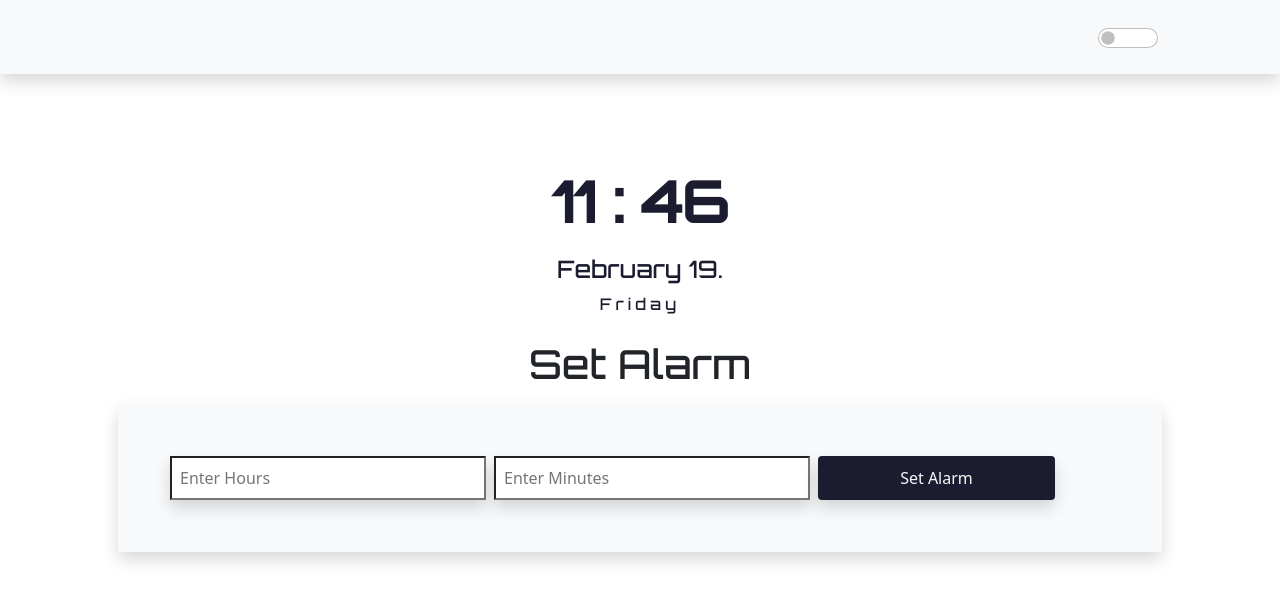
Repository: just-mann/Timer-with-Alarm
Page: index.html
An editor plug-in stored every save of this project. The page is shown before and after the next save, followed by the edit.
The browser window is 1280 px wide. The pictures show the whole page.

Above is the page before, as saved 2021-02-19 15:43:56.

### index.html
<!doctype html>
<html lang="en">
  <head>
    <link rel="shortcut icon" href="#">
    <title>Alarm-with-Timer</title>
    <!-- Required meta tags -->
    <meta charset="utf-8">
    <meta name="viewport" content="width=device-width, initial-scale=1, shrink-to-fit=no">
    <!-- Bootstrap CSS -->
    <link rel="stylesheet" href="https://stackpath.bootstrapcdn.com/bootstrap/4.3.1/css/bootstrap.min.css" integrity="sha384-ggOyR0iXCbMQv3Xipma34MD+dH/1fQ784/j6cY/iJTQUOhcWr7x9JvoRxT2MZw1T" crossorigin="anonymous">
    <link rel="stylesheet" href="./styleSheets/style.css">
    <link href="https://cdn.jsdelivr.net/npm/bootstrap@5.0.0-beta1/dist/css/bootstrap.min.css" rel="stylesheet" integrity="sha384-giJF6kkoqNQ00vy+HMDP7azOuL0xtbfIcaT9wjKHr8RbDVddVHyTfAAsrekwKmP1" crossorigin="anonymous">
    <script src="https://cdn.jsdelivr.net/npm/bootstrap@5.0.0-beta1/dist/js/bootstrap.bundle.min.js" integrity="sha384-ygbV9kiqUc6oa4msXn9868pTtWMgiQaeYH7/t7LECLbyPA2x65Kgf80OJFdroafW" crossorigin="anonymous"></script>
  </head>
  <body>
      <nav class="container-fluid bg-light shadow mb-3">
        <div class="container p-4">
          <div class="float-left d-flex align-items-center my-auto" id="setAlarmContainer">
            <h4 class="text-uppercase display-4 " id="alarmDisplay">
              <!-- Alarm Displays Here - -->
            </h4>
          </div>
          <div class="form-check form-switch float-right px-5 d-flex justify-content-between">
            <input type="checkbox" class="form-check-input" id="myBackgroundColorCheck" onclick="switchFunction()" />
          </div>
          <div class="clearfix"></div>
        </div>
      </nav>
      <div class="container text-center p-1 px-5 mt-4" id="timeContainer">
        <div id="TimeDisplay" class="container p-3 mx-auto display-4 text-shadow">
          <!-- Time Displays Here -->
        </div>
      </div>
      <!-- Alarm Sound -->
      <audio id="alarmSound">
         <source src="https://www.videomaker.com/sites/videomaker.com/files/downloads/free-sound-effects/Free_TelephoneBell_1025_44_3.wav" autoplay="false" />
      </audio>
      <!-- <button onclick="alarmRing()">Play Sound</button> -->
      <!-- Alarm Sound -->
      <div class="mx-auto text-center primaryColor" id="displayDate">
          <h4 id="displayCurrentDate">
            <!-- Date Shows Here -->
          </h3>
          <p id="todaysDay" class="primaryColor"></p>
        </div>
      <div class="container p-5 pt-2" id="alarmClockContainer">
        <div class="mx-auto text-center d-none primaryColor" id="bellIcon">
          <i class="fas fa-bell fa-5x" id="bellIcon"></i>
        </div>
        <div class="text-center font-weight-bold mb-3" id="setAlarmText">
          <h1 id="setAlarmH1Text" class="mb-3">
            Set Alarm
          </h1>
        </div>
        <div class="row p-5 bg-light mx-auto text-center shadow" id="alarmFormContainer">
          <input type="number" name="hour" id="alarmHour" class="col-lg-4 m-1 p-2 shadow" max="23" min="00" placeholder="Enter Hours" maxlength="2" oninput="javascript: if (this.value.length > this.maxLength) this.value = this.value.slice(0, this.maxLength);" onchange="if(parseInt(this.value,10)<10)this.value='0'+this.value;" />
          <input type="number" name="minutes" id="alarmMinutes" class="col-lg-4 m-1 p-2 shadow" max="59" min="00" placeholder="Enter Minutes" maxlength="2" oninput="javascript: if (this.value.length > this.maxLength) this.value = this.value.slice(0, this.maxLength);" onchange="if(parseInt(this.value,10)<10)this.value='0'+this.value;" />
          <button class="btn col-lg-3 p-2 m-1 shadow" onclick="validateForm()" id="setAlarmBtn" title="or press Enter">
            Set Alarm
          </button>
        </div>
      </div>
    <!-- Optional JavaScript -->
    <!-- jQuery first, then Popper.js, then Bootstrap JS -->
    <script src="https://code.jquery.com/jquery-3.3.1.slim.min.js" integrity="sha384-q8i/X+965DzO0rT7abK41JStQIAqVgRVzpbzo5smXKp4YfRvH+8abtTE1Pi6jizo" crossorigin="anonymous"></script>
    <script src="https://cdnjs.cloudflare.com/ajax/libs/popper.js/1.14.7/umd/popper.min.js" integrity="sha384-UO2eT0CpHqdSJQ6hJty5KVphtPhzWj9WO1clHTMGa3JDZwrnQq4sF86dIHNDz0W1" crossorigin="anonymous"></script>
    <link rel="stylesheet" href="https://cdnjs.cloudflare.com/ajax/libs/font-awesome/5.15.2/css/all.min.css" integrity="sha512-HK5fgLBL+xu6dm/Ii3z4xhlSUyZgTT9tuc/hSrtw6uzJOvgRr2a9jyxxT1ely+B+xFAmJKVSTbpM/CuL7qxO8w==" crossorigin="anonymous" />
    <script src="https://stackpath.bootstrapcdn.com/bootstrap/4.3.1/js/bootstrap.min.js" integrity="sha384-JjSmVgyd0p3pXB1rRibZUAYoIIy6OrQ6VrjIEaFf/nJGzIxFDsf4x0xIM+B07jRM" crossorigin="anonymous"></script>
    <script src="./javascript/script.js"></script>
  </body>
</html>

### styleSheets/style.css
/* Imported Google Fonts from fonts.google.com */
@import url('https://fonts.googleapis.com/css2?family=Orbitron:wght@500&display=swap');

:root {
    --clockFont: 'Orbitron', sans-serif;
    --primaryColor: #1c1c31;
}

#myBackgroundColorCheck {
    width: 60px;
    height: 20px;
}

#myBackgroundColorCheck:hover {
    cursor: pointer;
}

.primaryColor {
    color: var(--primaryColor);
    font-family: var(--clockFont);
}


nav {
    height: auto;
    color: #1c1c31;
}


#deleteAlarm {
    color: #ff0000;
    transition: all 0.9s ease;
}

#deleteAlarm:hover {
    transition: 0.9s;
    cursor: pointer;
    font-size: 20.5px;
}


#TimeDisplay {
    font-family: var(--clockFont);
    font-weight: bold;
    text-align: center;
    color: #1c1c31;
    margin-top: 50px;
    background-color: f7f7f7;
}

#todaysDay {
    letter-spacing: 0.25rem;
}

#alarmDisplay {
    font-family: var(--clockFont);
    font-size: 18px;
    /* width: 200px; */
}

/* #setAlarmContainer {
    background-color: pink;
} */

#setAlarmText {
    font-family: var(--clockFont);
    font-weight: bold;
    font-size: 30px;
}

#setAlarmBtn {
    background-color: #1c1c31;
    color: #f7f7f7;
}

#deleteAlarm {
    font-size: 20px;
    font-weight: bold;
}


/* #hour:focus, #minutes:focus { */
    /* background-color: yellow; */
    /* outline: rgb(255, 0, 0); */
/* } */

/* @media (max-width: @screen-xs) {
    body{font-size: 10px;}
}

@media (max-width: @screen-sm) {
    body{font-size: 14px;}
} */

### javascript/script.js
'use strict';


// ---------- Toggle Background Switch Begins --------------- //
function switchFunction() {

  let checkBox = document.getElementById("myBackgroundColorCheck");
  let body = document.querySelector('body');
  let TimeDisplay = document.getElementById('TimeDisplay');
  let setAlarmText = document.getElementById('setAlarmText');
  let bellIcon = document.getElementById('bellIcon');
  let displayCurrentDate = document.getElementById('displayCurrentDate');
  let todaysDay = document.getElementById('todaysDay');

  // If the checkbox is checked, change the background color of the body
if (checkBox.checked === true){
    body.style.backgroundColor = '#1c1c31';
    checkBox.style.backgroundColor = "#1c1c31";
    TimeDisplay.style.color = '#ffffff';
    setAlarmText.style.color = '#f7f7f7';
    bellIcon.style.color = '#f7f7f7';
    displayCurrentDate.style.color = '#f7f7f7';
    todaysDay.style.color = '#f7f7f7';
  } else {
    body.style.backgroundColor = '#f7f7f7';
    checkBox.style.backgroundColor = "#f7f7f7";
    TimeDisplay.style.color = '#1c1c31';
    setAlarmText.style.color = '#1c1c31';
    bellIcon.style.color = '#1c1c31';
    displayCurrentDate.style.color = '#1c1c31';
    todaysDay.style.color = '#1c1c31'
  }

}
// ------------------- Toggle Background Switch Ends ---------- //


// ------------------- Time Running Begins ---------- //
let timeRunning = () => {
  // -------------------------- Time and Date ---------------------------- //
  const date = new Date();
  let months = ['January', 'February', 'March', 'April', 'May', 'June', 'July', 'August', 'September', 'October', 'November', 'December'];
  let currentMonth = months[date.getMonth()];
  let days = ['Sunday', 'Monday', 'Tuesday', 'Wednesday', 'Thursday', 'Friday', 'Saturday'];
  let currentDay = days[date.getDay()];
  let currentDate = `${currentMonth} ${date.getDate()}.`;

  let currentHour = date.getHours();
  let currentMinutes = date.getMinutes();
  let currentSeconds = date.getSeconds();


  // Convert the value of the current hour to string
  currentHour = currentHour.toString();
  // Add zero to the current hour value if it is a single digit
  if (currentHour.length < 2) {
    currentHour = '0' + currentHour;
  }

  // Convert the value of the current minutes to string
  currentMinutes = currentMinutes.toString();
  // Add zero to the current minutes value if it is a single digit
  if (currentMinutes.length < 2) {
    currentMinutes = '0' + currentMinutes;
  }

  // Convert the value of the current seconds to string
  currentSeconds = currentSeconds.toString();
  // Add zero to the seconds value if it is a single digit
  if (currentSeconds.length < 2) {
    currentSeconds = '0' + currentSeconds;
  }

  let currentTime = `${currentHour} : ${currentMinutes}`;
  document.getElementById('TimeDisplay').innerHTML = currentTime;
  document.getElementById('displayCurrentDate').innerHTML = currentDate;
  document.getElementById('todaysDay').innerHTML = `${currentDay} `;

// ---------------- Time Running Ends ------------ //

  setTimeout(timeRunning, 1000);

}

timeRunning(); // Calling timeRunning function

let alarmHour = document.getElementById('alarmHour');
let alarmMinutes = document.getElementById('alarmMinutes');
let setAlarmBtn = document.getElementById('setAlarmBtn');
let setAlarmH1Text = document.getElementById('setAlarmH1Text');

// ------ checking Code ------- //
  let playSound = () => {
    alarmSound.play();
    let setAlarmH1Text = document.getElementById('setAlarmH1Text');
    let alarmDisplay = document.querySelector('#alarmDisplay');
    alarmDisplay.style.visibility = (alarmDisplay.style.visibility == 'hidden' ? '' : 'hidden');
    setAlarmH1Text.innerHTML = '(( <i class="fas fa-bell text-danger"></i> ))';
    setAlarmH1Text.style.visibility = (setAlarmH1Text.style.visibility == 'hidden' ? '' : 'hidden');
    setAlarmH1Text.style.color = '#d9534f';
  }

  let stopSound = () => {
    alarmSound.pause();
    let setAlarmH1Text = document.getElementById('setAlarmH1Text');
    let alarmDisplay = document.querySelector('#alarmDisplay');
    alarmDisplay.style.visibility = 'visible';
    setAlarmH1Text.innerHTML = '<i class="fas fa-bell fa-3x"></i>';
    setAlarmH1Text.style.visibility = 'visible';
    setAlarmH1Text.style.color = '#1c1c31';
  }


// -------- Set Alarm Function Begins --------//
let setAlarm = () => {

  setAlarmH1Text.innerHTML = '<i class="fas fa-bell"></i>';

  // Add zero to the alarm hour value if it is a single digit
  if (alarmHour.length < 2) {
    alarmHour = '0' + alarmHour;
  }

  // Add zero to the alarm minutes value if it is a single digit
  if (alarmMinutes.length < 2) {
    alarmMinutes = '0' + alarmMinutes;
  }

  // let alarmSound = document.getElementById('alarmSound');
  let alarmDisplay = document.querySelector('#alarmDisplay');

  alarmDisplay.innerHTML = `<i class="fas fa-bell"></i> ${alarmHour.value} : ${alarmMinutes.value} <i class="fas fa-times-circle text-danger ml-5" id='deleteAlarm' title='or press Esc'></i>`;
  alarmHour.setAttribute('disabled', true);
  alarmMinutes.setAttribute('disabled', true);
  setAlarmBtn.setAttribute('disabled', true);
  let deleteAlarm = document.querySelector('#deleteAlarm');




  setInterval(() => {
    let d = new Date();
    let hour = d.getHours();
    let minutes = d.getMinutes();
    let alarmDisplay = document.querySelector('#alarmDisplay');
    let alarmHour = document.getElementById('alarmHour');
    let alarmMinutes = document.getElementById('alarmMinutes');
    let setAlarmBtn = document.getElementById('setAlarmBtn');


   // --------------- Alarm Ringer Begins -------------- //
  // --- Checks if alarmTime is equal to current time

    if (hour == alarmHour.value && minutes == alarmMinutes.value && !alarmDisplay.innerHTML == '') {
      playSound();
    } else {
      stopSound();
    };

  // --------------- Alarm Ringer Ends -------------- //

    deleteAlarm.addEventListener('click', () => {

      stopSound();
      location.reload();
      alarmDisplay.innerHTML = '';
      alarmDisplay.style.color = 'red';

      setTimeout(() => {
          alarmHour.removeAttribute('disabled', true);
          alarmMinutes.removeAttribute('disabled', true);
          setAlarmBtn.removeAttribute('disabled', true);
          alarmDisplay.innerHTML = '';
      }, 2000);

    });

  }, 1000);



}


// -------- Input Validation Begins --------- //

let validateForm = () => {
  if (alarmHour.value === '' || alarmMinutes.value === '') {
     alert(`Input Field Cannot Be Empty !!!`);
  } else {
    setAlarm();
  }
}

// ----- If the Enter Button is pressed, run the validateForm() function ----- //


let enterKey = (e) => {
  if (e.keyCode === 13) {
    validateForm();
  }
}

document.addEventListener('keydown', enterKey);


// --------------- Input Validation Ends ------------ //

let escapeKey = (e) => {
  if (e.keyCode === 27){
      stopSound();
      location.reload();
      alarmDisplay.innerHTML = '';
      // alarmDisplay.style.color = 'red';

      setTimeout(() => {
          alarmHour.removeAttribute('disabled', true);
          alarmMinutes.removeAttribute('disabled', true);
          setAlarmBtn.removeAttribute('disabled', true);
          alarmDisplay.innerHTML = '';
      }, 2000);
  }
}
document.addEventListener('keydown', escapeKey);

After the next save:
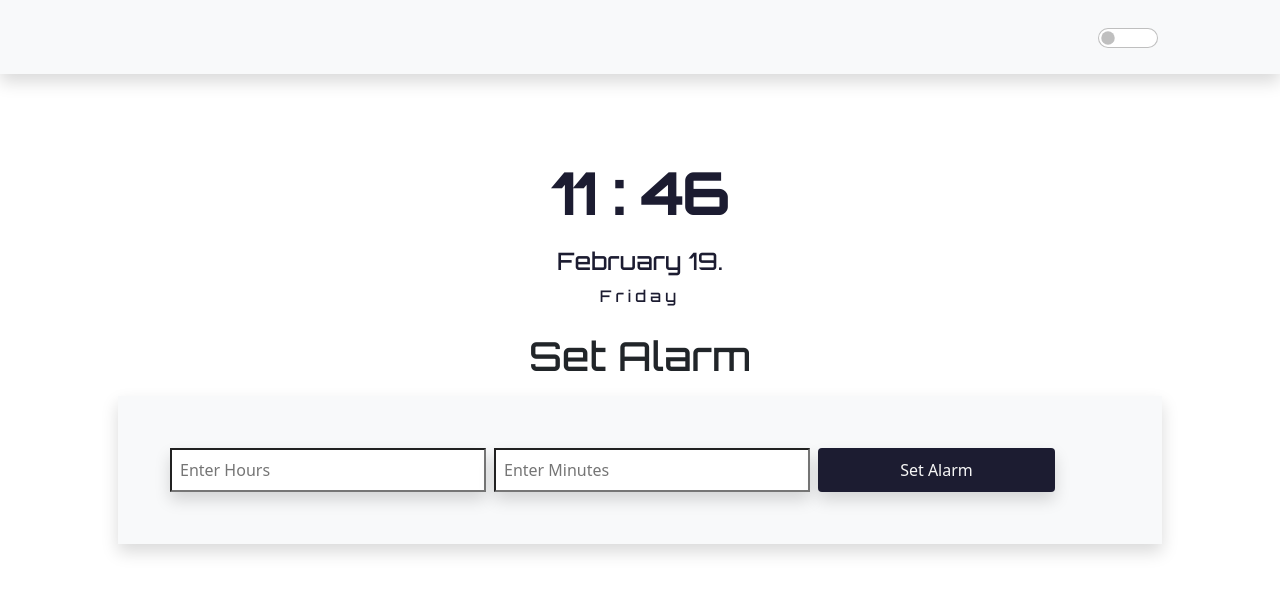
Saved 57 s later.
--- a/index.html
+++ b/index.html
@@ -26,7 +26,7 @@
           <div class="clearfix"></div>
         </div>
       </nav>
-      <div class="container text-center p-1 px-5 mt-4" id="timeContainer">
+      <div class="container text-center p-1 px-5 mt-2" id="timeContainer">
         <div id="TimeDisplay" class="container p-3 mx-auto display-4 text-shadow">
           <!-- Time Displays Here -->
         </div>
